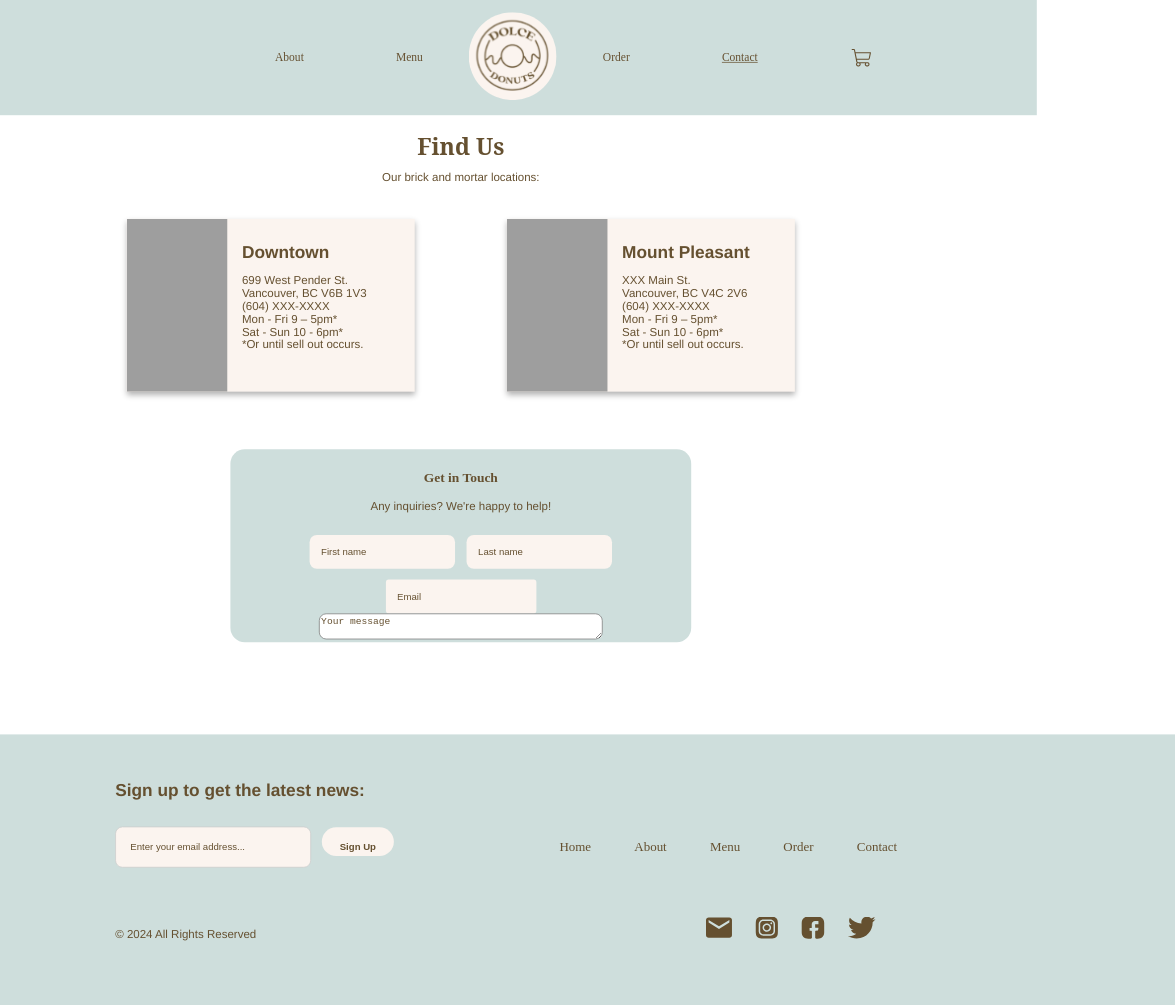
Repository: Crystalhtc/dolcedonuts
Page: /contact
The author's editor kept a copy of each file at every save. The page is drawn from the files as they stood at one save, then again after a run of saves.
The browser window is 1280 px wide. The page is 1632 px wide, so the pictures cover 1632 px, including what lies to the right of the window. The pictures show the whole page, at 72% of full size.
Pictures or frames that could not be fetched are drawn as grey boxes. The project was rebuilt for these pictures with package versions that can differ from the ones it lists, and the page was loaded fresh each time. Also part of the build but not shown: vite.config.js, src/pages/Home.module.css, src/pages/Home.jsx, src/components/ProductCard/ProductCard.jsx, src/Data/products.js, src/pages/Order.css, src/pages/Menu.jsx, src/pages/Order.jsx and 13 more.

Above is the page before, as saved 2024-10-20 15:31:07.

### src/App.jsx
import React from 'react';
import "./App.css";
import { BrowserRouter as Router, Route, Routes } from 'react-router-dom';
import Header from './components/Header/Header';
import Footer from './components/Footer/Footer';
import Home from './pages/Home';
import Menu from './pages/menu';
import Order from './pages/order';
import Contact from './pages/Contact';
import About from './pages/About';
import Checkout from './pages/Checkout';
import Cart from './pages/Cart';
import ProductDetails from './pages/ProductDetails';
import PaymentReview from './pages/PaymentReview';

function App() {

  return (
    <Router>
      <Header />
      <Routes>
        <Route path="/" element={<Home />} />
        <Route path="/about" element={<About />} />
        <Route path="/menu" element={<Menu />} />
        <Route path="/order" element={<Order />} />
        {/* <Route path="/productdetails/:id" element={<ProductDetails />} /> */}
        <Route path="/productdetails" element={<ProductDetails />} />
        <Route path="/contact" element={<Contact />} />
        <Route path="/cart" element={<Cart />} />
        <Route path="/checkout" element={<Checkout />} />
        <Route path="/paymentreview" element={<PaymentReview />} />
      </Routes>
      <Footer />
    </Router>
  );
}

export default App;

### src/App.css
@import url('https://fonts.googleapis.com/css2?family=Arimo:ital,wght@0,400..700;1,400..700&display=swap');
@import url('https://fonts.googleapis.com/css2?family=Noto+Serif:ital,wght@0,100..900;1,100..900&display=swap');

:root {
    --mint: #CEDEDC;
    --cream: #FBF4EF;
    --pink: #F5CCD6;
    --dark-pink: #E3BBC5;
    --brown: #655030;
    --dark-brown: #4C3B22;
}
body {
    margin: 0 auto;
}
/* font */
/* heading, button */
h1 {
    font-family: "Noto Serif", serif;
    color: #655030;
    font-size: 28pt;
}
/* subheading */
h2 {
    font-size: 24pt;
    font-family: 'Arimo', sans-serif;
    color: #655030;
}
/* paragraph */
p {
    font-family: 'Arimo', sans-serif;
    color: #655030;
}

.container {
    max-width: 1440px;
    margin: 0 auto;
    height: auto;
    /* padding: 20px;  */
}

### src/components/Header/Header.jsx
import { NavLink } from 'react-router-dom';
import styles from './Header.module.css';
import logo from '../../assets/logo.svg';
import cartIcon from '../../assets/cart-icon.svg';

export default function Header() {
  return (
    <nav className={styles.nav}>
      <ul className={styles.navList}>
        <li className={styles.navItem}>
          <NavLink to="/about" className={({ isActive }) => (isActive ? styles.activeLink : undefined)}>About</NavLink>
        </li>
        <li className={styles.navItem}>
          <NavLink to="/menu" className={({ isActive }) => (isActive ? styles.activeLink : undefined)}>Menu</NavLink>
        </li>
        <li className={styles.logoContainer}>
          <NavLink to="/">
            <img src={logo} alt="Logo" className={styles.logo} />
          </NavLink>
        </li>
        <li className={styles.navItem}>
          <NavLink to="/order" className={({ isActive }) => (isActive ? styles.activeLink : undefined)}>Order</NavLink>
        </li>
        <li className={styles.navItem}>
          <NavLink to="/contact" className={({ isActive }) => (isActive ? styles.activeLink : undefined)}>Contact</NavLink>
        </li>
        <li className={styles.navItem}>
          <NavLink to="/cart" className={({ isActive }) => (isActive ? styles.activeLink : undefined)}>
            <img src={cartIcon} alt="Cart" className={styles.cartIcon} />
          </NavLink>
        </li>
      </ul>
    </nav>
  );
}

### src/components/Footer/Footer.jsx
import React from 'react';
import styles from './Footer.module.css';
import socialMediaIcons from '../../assets/social-media-icons.svg';

const Footer = () => {
    return (
        <footer className={styles.footer}> {/* Use styles for className */}
            <h2 className={styles.signUpMessage}>Sign up to get the latest news:</h2>

            <div className={styles.topContainer}>
                <div className={styles.newsletterSignup}> {/* Use styles for className */}
                    <input type="email" placeholder="Enter your email address..." />
                       <button className={styles.signupButton}>Sign Up</button> {/* Use styles for className */}
                </div>

                 <div className={styles.footerLinks}>
                     <ul className={styles.linkList}>
                        <li><a href="/">Home</a></li>
                        <li><a href="/about">About</a></li>
                        <li><a href="/menu">Menu</a></li>
                        <li><a href="/order">Order</a></li>
                        <li><a href="/contact">Contact</a></li>
                    </ul>
                </div>
            </div>

            <div className={styles.footerBottomContainer}>
                <p>© 2024 All Rights Reserved</p>
                <div className={styles.socialMedia}> {/* Use styles for className */}
                    <img src={socialMediaIcons} alt="Social Media Icons" />
                </div>
            </div>
        </footer>
    );
};

export default Footer;

### src/pages/Contact.jsx
import styles from './Contact.module.css';
import Form from '../components/ContactUsForm/ContactForm';

export default function Contact() {
    return(
        <div className={styles.contactUsContainer}>
            <h1 className={styles.contactUsH1}>Find Us</h1>
            <p>Our brick and mortar locations:</p>
                <div className={styles.contactUsCardContainer}>
                    <div className={styles.contactUsCard}>
                        <div className={styles.locationOne}>
                            <img src="https://images.unsplash.com/photo-1574033566548-f6c3f48cc11e?q=80&w=2160&auto=format&fit=crop&ixlib=rb-4.0.3&ixid=M3wxMjA3fDB8MHxwaG90by1wYWdlfHx8fGVufDB8fHx8fA%3D%3D"
                            alt="cafe table 1"
                            width={140}
                            height={240}
                            className={styles.contactUsImg}
                            />
                            <div>
                                <h2 className={styles.contactUsText}>Downtown</h2>
                                    <p className={styles.contactUsText}> 699 West Pender St.
                                    <br/>
                                    Vancouver, BC V6B 1V3
                                    <br/>
                                    (604) XXX-XXXX
                                    <br/>
                                    Mon - Fri  9 – 5pm*
                                    <br/>
                                    Sat - Sun 10 - 6pm*
                                    <br/>
                                    *Or until sell out occurs.
                                    </p>
                            </div>

                        </div>
                    </div>

                    <div className={styles.contactUsCard}>
                        <div className={styles.locationOne}>
                            <img src="https://images.unsplash.com/photo-1613274554329-70f997f5789f?q=80&w=2574&auto=format&fit=crop&ixlib=rb-4.0.3&ixid=M3wxMjA3fDB8MHxwaG90by1wYWdlfHx8fGVufDB8fHx8fA%3D%3D"
                            alt="cafe table 2"
                            width={140}
                            height={240}
                            className={styles.contactUsImg}
                            />
                            <div>
                                <h2 className={styles.contactUsText}>Mount Pleasant</h2>
                                    <p className={styles.contactUsText}> XXX Main St.
                                    <br/>
                                    Vancouver, BC V4C 2V6
                                    <br/>
                                    (604) XXX-XXXX
                                    <br/>
                                    Mon - Fri  9 – 5pm*
                                    <br/>
                                    Sat - Sun 10 - 6pm*
                                    <br/>
                                    *Or until sell out occurs.
                                    </p>
                            </div>
                        </div>
                    </div>
                </div>
            <Form/>
        </div>
    )
}

### src/components/Header/Header.module.css
.nav {
    width: 1440px;
    height: 160px;
    background-color: var(--mint);
    display: flex;
    justify-content: center;
    flex-shrink: 0;
    margin: auto;
}

.navList {
    list-style-type: none;
    display: flex;
    justify-content: center;
    align-items: center;
    margin: 0;
    padding: 0;
    width: 100%;

    margin-left: 11%;
}

.navItem {
    margin: 0 4rem;
}

.navItem a {
    text-decoration: none;
    color: var(--brown);
}

.logoContainer {
    flex: 0 0 auto;
}

.logo {
    width: 122px;
    height: 122px;
    object-fit: contain;
}

.cartIcon {
    width: 36px;
    height: auto;
}

.navItem .activeLink {
    text-decoration: underline;
    color: var(--brown);
}

### src/components/Footer/Footer.module.css
.footer {
    width: 1440px;
    height: 312px;
    background-color: var(--mint);
    padding: 2rem;
    color: var(--brown);
    padding-left: 10rem;
    flex-shrink: 0;
    margin: auto;
}

.topContainer {
    display: flex;
    align-items: center;
    gap: 10rem;
}

.footerBottomContainer {
    display: flex;
    margin-top: 3rem;
    gap: 39rem;
}

.newsletterSignup input {
    padding: 20px;
    width: 230px;
    border: 1px solid #ccc;
    background-color: var(--cream);
    border-radius: 10px;
}

.signupButton {
    width: 100px;
    padding: 20px;
    margin-left: 15px;
    background-color: var(--cream);
    color: var(--brown);
    font-weight: bold;
    border: none;
    border-radius: 20px;
}

.footerLinks {
    margin: 20px 0;
    display: flex;
    font-size: large;
}

.linkList a {
    color: var(--brown);
    list-style-type: none;
    text-decoration: none;
}

.linkList li {
    text-decoration: none;
    display: inline;
    margin: 0 30px;
}

.socialMedia img {
    width: 250px;
    height: auto;
}

### src/pages/Contact.module.css
.contactUsContainer {
    text-align: center;
}

.contactUsH1 {
    margin-bottom: -2px;
}

.contactUsCardContainer {
    display: flex;
    gap: 10%;
    justify-content: center;
    margin-top: 3rem;
}

.locationOne {
    display: flex;
}

.contactUsText {
    text-align: left;
    padding-left: 20px;
}

.contactUsCard {
    background-color: var(--cream);
    width: 400px;
    box-shadow: 0 4px 8px rgba(0, 0, 0, 0.3);
    margin-bottom: 5rem;
}

### src/components/ContactUsForm/ContactForm.jsx
import { useState } from "react";
import styles from './ContactForm.module.css';

export default function Form() {
    const [firstName, setFirst] = useState('');
    const [lastName, setLast] = useState('');
    const [submitted, setSubmitted] = useState(false);

    const handleSubmission = async (e) => {
        e.preventDefault();
        console.log('Thank you for your inquiry!');
        setSubmitted(true);
    };

    return (
        <>
            {submitted ? (
                <div className={styles.successfulMessage}>
                    <h2>Thank you for your inquiry!</h2>
                    <p>You will hear from us within 14 business days.</p>
                </div>
            ) : (
                <form onSubmit={handleSubmission} className={styles.formContainer}>
                    <div className={styles.nameContainer}>
                        <h3>Get in Touch</h3>
                        <p>Any inquiries? We're happy to help!</p>
                        <div className={styles.nameFieldContainer}>
                            <div className={styles.nameField}>
                                <input
                                    className={styles.inputWidth}
                                    name="firstName"
                                    placeholder="First name"
                                    type="text"
                                    value={firstName}
                                    onChange={(e) => setFirst(e.target.value)}
                                    required
                                />
                            </div>
                            <div className={styles.nameField}>
                                <input
                                    className={styles.inputWidth}
                                    name="lastName"
                                    placeholder="Last name"
                                    type="text"
                                    value={lastName}
                                    onChange={(e) => setLast(e.target.value)}
                                    required
                                />
                            </div>
                        </div>
                        <div>
                            <input className={styles.emailPlaceholder} type="email" name="email" placeholder="Email"/>
                        </div>

                        <div>
                            <textarea className={styles.formPlaceholders} name="message" placeholder="Your message"></textarea>
                        </div>
                    </div>

                </form>
            )}
        </>
    );
}

{/* <div className={styles.contactFormContainer}>
            <h2>Get in touch</h2>
            <p>Any inquiries? We're happy to help.</p>
            <form className={styles.form}>
                <div className={styles.formPlaceholdersName}>
                    <input type="text" name="firstName" placeholder="First name"/>
                    <br/>
                    <input type="text" name="lastName" placeholder="Last name"/>
                </div>

                <div className={styles.formPlaceholders}>

                </div>

                <div className={styles.formPlaceholders}>
                    <input type="email" name="email" placeholder="Email"/>
                </div>

                <div className={styles.formPlaceholders}>
                    <textarea name="message" placeholder="Your message"></textarea>
                </div>
            </form>
        </div> */}

### src/pages/Checkout.module.css
.checkoutContainer {
    display: flex;
    align-items: center;
    justify-content: center;
}

input {
    background-color: var(--cream);
    border: none;
    padding: 1rem;
    border-radius: 4px;
}

.contactInputs {
    display: flex;
    flex-direction: column;
}

.checkoutContainer {
    display: flex;
    justify-content: space-between;
    align-items: start;
    padding: 2rem;
    max-width: 1200px;
    margin: 0 auto;
    gap: 3rem;
}

.leftColumn {
    flex: 2;
}

.rightColumn {
    flex: 1;
    padding: 2rem;
    height: fit-content;
    border-left: 1px solid var(--brown);
}

::placeholder {
    color: var(--brown);
}

h3 {
    color: var(--brown);
}

/* Contact Section */
.contactInputs {
    display: flex;
    flex-direction: column;
    gap: 1rem;
}

/* Delivery Section */
.deliveryOptions {
    display: flex;
    flex-direction: column;
    align-items: center;
}

.deliveryToggle {
    display: flex;
    align-items: center;
    gap: 1rem;
    margin: 1rem 0;
    background-color: var(--cream);
    border-radius: 10px;
    padding: 0.5rem;
    width: 60%;
}

/* Delivery Toggle Buttons */
.deliveryToggle {
    display: flex;
    gap: 1rem; /* Space between buttons */
}

.deliveryToggle button {
    padding: 0.75rem 1rem;
    border: none;
    border-radius: 20px;
    cursor: pointer;
    flex: 1;
    transition: background-color 0.3s ease; /* Smooth transition */
}

/* Default styles */
.pickupButton {
    background-color: transparent; /* Inactive state */
    color: var(--brown); /* Text color */
}

.deliveryButton {
    background-color: transparent; /* Inactive state */
    color: var(--brown); /* Text color */
}

/* Active styles */
.pickupButton.active,
.deliveryButton.active {
    background-color: var(--mint); /* Active button color */
}

/* Hover state */
.deliveryToggle button:hover {
    background-color: pink; /* Hover state */
}

/* Optional: Set a specific color for inactive buttons' text */
.deliveryToggle button:not(.active) {
    color: var(--brown); /* Change to desired inactive text color */
}

.addresses {
    display: flex;
    flex-direction: column;
    gap: 1rem;
}

.downtown, .mountPleasant {
    background-color: var(--cream);
    border-radius: 10px;
    padding: 1rem;
    display: flex;
    gap: 1rem;
    align-items: start;
}


/* Payment Section */
.paymentContainer {
    margin: 1rem 0;
}

.creditCardTitle {
    background: var(--mint);
    padding: 0.5rem 1rem;
    margin-bottom: 1rem;
}

.paymentInputs {
    display: flex;
    flex-direction: column;
    gap: 1rem;
}

.fullWidthInput input {
    width: 100%;
}

.halfWidthInput {
    display: flex;
    justify-content: space-between;
}

.firstHalfInput {
    width: 100%;
}

.secondHalfInput {
    width: 100%;
    display: flex;
    justify-content: end;
}

.firstHalfInput input {
    width: 90%;
}

.secondHalfInput input {
    width: 90%;
}

.halfWidthInputField input {
    width: 50%
}

.paymentInputs > div {
    display: flex;
    gap: 1rem;
}

/* Right Column Styling */
.checkoutProducts {
    display: flex;
    flex-direction: column;
    gap: 1rem;
    margin-bottom: 2rem;
}

.discountCode {
    display: flex;
    gap: 1rem;
    margin-bottom: 2rem;
    height: 3rem;
}

.discountInput {
    flex: 1;
    background: none;
    border: 2px solid var(--mint);
}

.discountButton {
    height: 3rem;
    padding: 0 1.5rem;
    background: none;
    border: none;
    border-radius: 10px;
    cursor: pointer;
    background: var(--cream);
}

.discountButton:hover {
    background: var(--brown);
    color: var(--cream);
}

.price {
    display: flex;
    flex-direction: column;
    margin-bottom: 2rem;
}

.subtotal, .tax, .total {
    display: flex;
    justify-content: space-between;
    align-items: center;
}

.total {
    font-weight: bold;
    font-size: 1.2rem;
    border-top: 1px solid #ccc;
    padding-top: 1rem;
}

/* Section Headers */
h1 {
    margin-bottom: 2rem;
    font-size: 2rem;
}

h2 {
    margin: 2rem 0 1rem 0;
    font-size: 1.5rem;
}

/* Responsive Design */
@media (max-width: 768px) {
    .checkoutContainer {
        flex-direction: column;
        padding: 1rem;
    }

    .rightColumn {
        width: 100%;
    }

    .paymentInputs > div,
    .addressInputs > div {
        flex-direction: column;
    }
}

### src/pages/PaymentReview.module.css

.reviewContainer > h1 {
    margin: 2rem auto;
    text-align: center;
    color: var(--brown);
}

.orderReview {
    display: flex;
    justify-content: space-between;
    align-items: start;
    width: 100%;
    gap: 2rem;
}

.orderDetails {
    flex: 2;
    margin-left: 2rem;
}

.orderSummary {
    flex: 1;
    padding: 2rem;
    height: fit-content;
    border-left: 1px solid var(--brown);
}

.orderTable {
    border-collapse: collapse;
    background: var(--cream);
}

.orderTable tr {
    border: 1px solid var(--brown);
}

.orderTable td {
    padding: 1rem;
    color: var(--brown);
}

.orderTable td:first-child {
    font-weight: bold;
    width: 30%;
}

.productList {
    display: flex;
    flex-direction: column;
    gap: 1rem;
    margin-bottom: 2rem;
}

.productCard {
    display: flex;
    gap: 1rem;
    padding: 1rem;
    border: 1px solid var(--brown);
    background-color: var(--cream);
    align-items: start;
    justify-content: start;
}

.productImage {
    width: 80px;
    height: 80px;
    background-color: #f0f0f0;
    border-radius: 4px;
}

.productInfo {
    flex: 1;
    color: var(--brown);
}

.productName {
    font-size: 1.2rem;
    font-weight: bold;
    color: var(--brown);
}

.productPrice {
    color: var(--brown);
    font-weight: bold;
}

.priceSummary {
    display: flex;
    flex-direction: column;
    margin-bottom: 2rem;
}

.subtotal, .tax, .total {
    display: flex;
    justify-content: space-between;
    align-items: center;
    color: var(--brown);
}

.total {
    font-weight: bold;
    font-size: 1.2rem;
    border-top: 1px solid var(--brown);
    padding-top: 1rem;
}

.continueButtonContainer {
    width: 100%;
    display: flex;
    justify-content: center;
    margin-top: 2rem;
}

.continueButton {
    width: 50%;
}

/* Section Headers */
h1 {
    margin-bottom: 2rem;
    font-size: 2rem;
    color: var(--brown);
}

/* Responsive Design */
@media (max-width: 768px) {
    .reviewContainer {
        padding: 1rem;
    }

    .orderSummary {
        width: 100%;
        border-left: none;
        border-top: 1px solid var(--brown);
        padding-top: 2rem;
    }

    .continueButton button {
        width: 100%;
    }

    .orderTable td {
        display: block;
        width: 100%;
    }

    .orderTable td:first-child {
        width: 100%;
        padding-bottom: 0;
    }
}

### src/components/ProductCard/ProductCard.module.css
.container {
    width: 340px;
    height: 530px;
    border-radius: 8px;
    padding: 18px 8px;
    box-shadow: 0px 4px 4px 0px rgba(0, 0, 0, 0.25);
    display: flex;
    flex-direction: column;
    align-items: center;
}
.priceAndButton {
    display: flex;
    flex-direction: row;
    align-items: center;
    gap: 10em;
}
button {
    width: 95px;
    height: 36px;
    border-radius: 8px;
    border: none;
    color: var(--brown);
    background: var(--Cream, #FBF4EF);
}
button h2 {
    margin: 0;
}

### src/components/ContactUsForm/ContactForm.module.css
.form {
    justify-content: left;
    text-align: left;
}
.formPlaceholdersName {
    display: flex;
}

.contactFormContainer {
    text-align: center;
}

.nameFieldContainer {
    display: flex;
    justify-content: center;
    gap: 1rem;
    padding-top: 15px;
    padding-bottom: 15px;

}

.inputWidth{
    width: 170px;
    border-radius: 10px;
}

.formPlaceholders {
    width: 388px;
    border-radius: 10px;
}

form {
    background-color: var(--mint);
    margin-left: 25%;
    margin-right: 25%;
    margin-bottom: 10%;
    padding-top: 10px;
    border-radius: 20px;
}

Loaded but not shown: index.html (common file); src/main.jsx (common file)

After the next 2 saves:
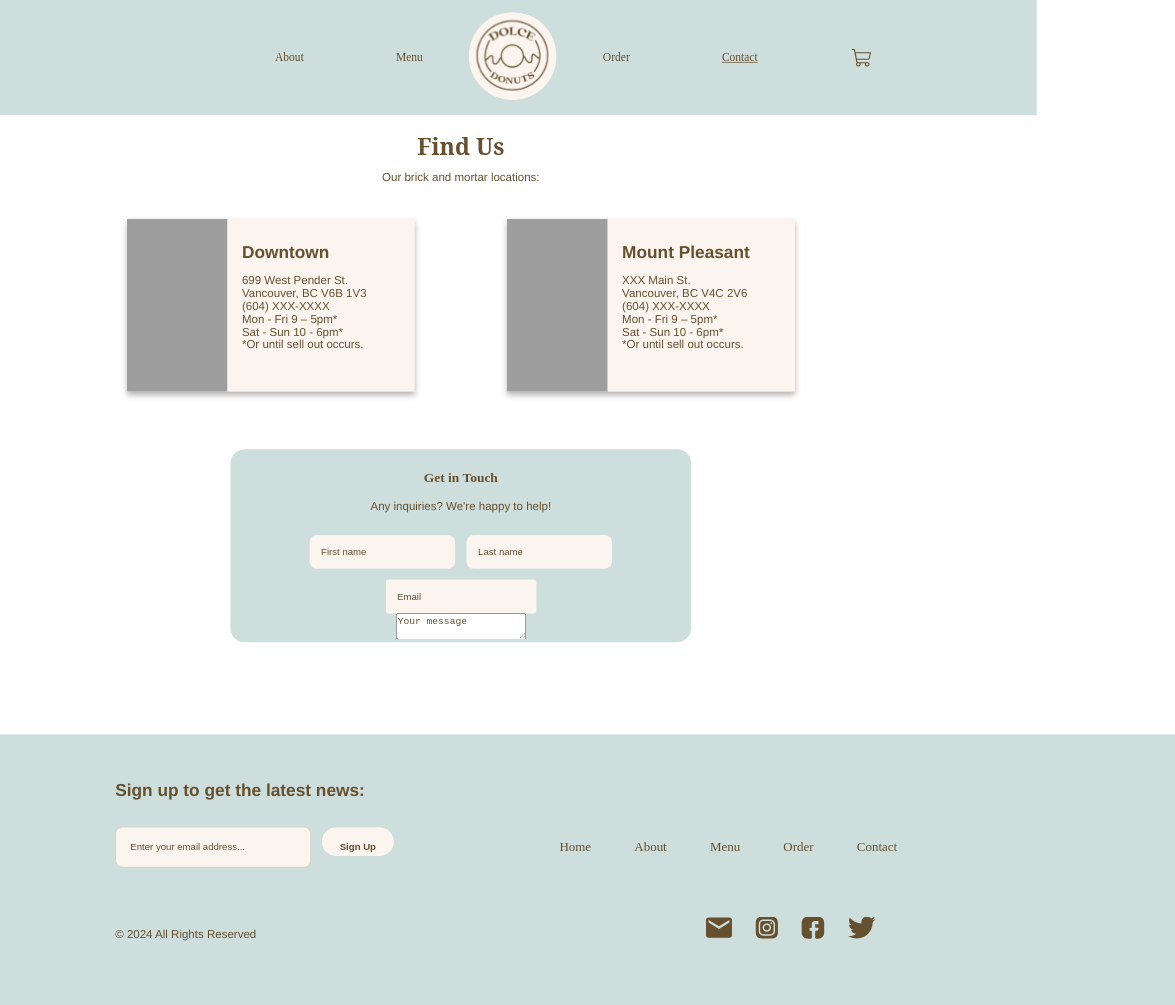
The 2 saves are shown as one change because they came seconds apart.
The last was saved 11 s later.
--- a/src/components/ContactUsForm/ContactForm.jsx
+++ b/src/components/ContactUsForm/ContactForm.jsx
@@ -53,7 +53,7 @@ export default function Form() {
                         </div>
 
                         <div>
-                            <textarea className={styles.formPlaceholders} name="message" placeholder="Your message"></textarea>
+                            <textarea className={styles.messagePlaceholder} name="message" placeholder="Your message"></textarea>
                         </div>
                     </div>
 
